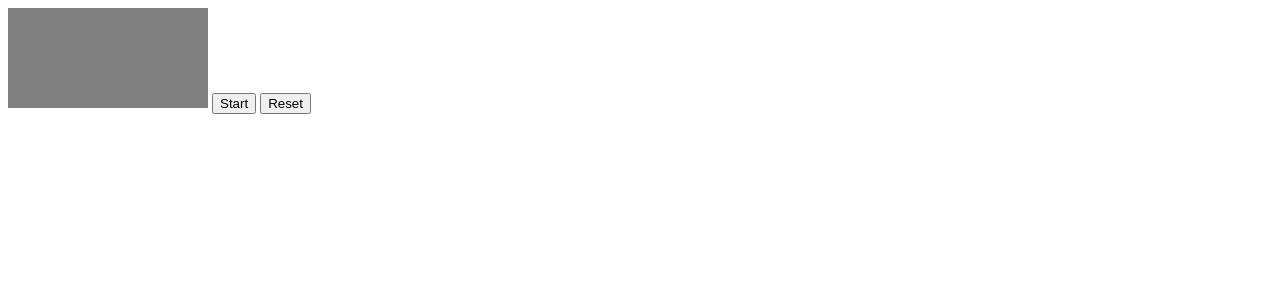
Repository: VadimZubchenko/numeronarvouspeli_JS
Page: public/index.html
These files come from the project's save history. The page is drawn as it stood at one moment and after the next save; the edit follows.
The browser window is 1280 px wide. The pictures show the whole page.

Above is the page before, as saved 2022-04-25 14:14:04.

### public/index.html
<!DOCTYPE html>
<html lang="en">
<head>
  <meta charset="UTF-8">
  <meta http-equiv="X-UA-Compatible" content="IE=edge">
  <meta name="viewport" content="width=device-width, initial-scale=1.0">
  <title>Numeroarvouspeli</title>
  <script src="script.js"></script>
</head>
<body>
  <canvas id="mycanvas" style="background-color:grey" width="200" height="100"></canvas>
  <button id="startGame" onclick="startGame()">Start</button>
  <button id="resetGame" onclick="resetGame()">Reset</button>
</body>
</html>

### public/script.js
let arvo = 0;
var running = 0;

function startGame() {
  let startbutton = document.getElementById("startGame");
  //jos se on jo käynnissä sittten running = true;
  if (running) {
    running = 0;
    arvo = 0;
  } else {
    running = 1;
    let arvo = Math.floor(Math.random() * 100);
    console.log(arvo);
  }
}

After the next save:
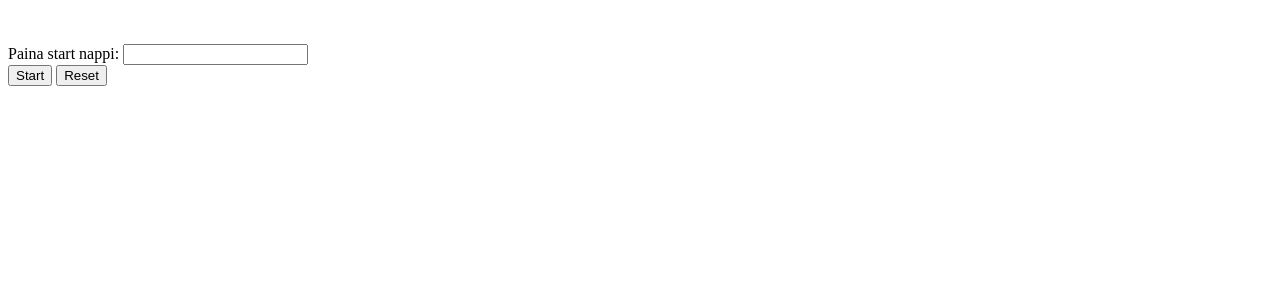
Saved 5 min 5 s later.
--- a/public/index.html
+++ b/public/index.html
@@ -8,7 +8,10 @@
   <script src="script.js"></script>
 </head>
 <body>
-  <canvas id="mycanvas" style="background-color:grey" width="200" height="100"></canvas>
+  <br><br>
+  <label for="numero">Paina start nappi:</label>
+  <input id="numero" name="numero"/>
+  <br>
   <button id="startGame" onclick="startGame()">Start</button>
   <button id="resetGame" onclick="resetGame()">Reset</button>
 </body>
